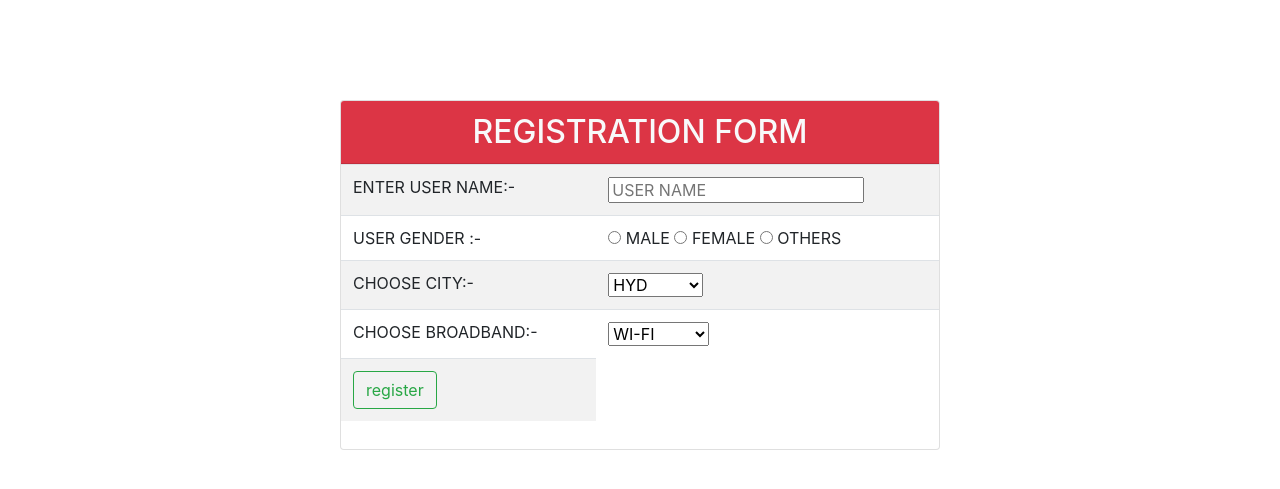
Repository: REDDI-BHARGAV/project
Page: http://localhost/PROJECT/
An editor plug-in stored every save of this project. The page is shown before and after the next save, followed by the edit.
The browser window is 1280 px wide. The pictures show the whole page.
The page is served by Tomcat 9.

Above is the page before, as saved 2022-07-26 11:45:59.

After the next save:
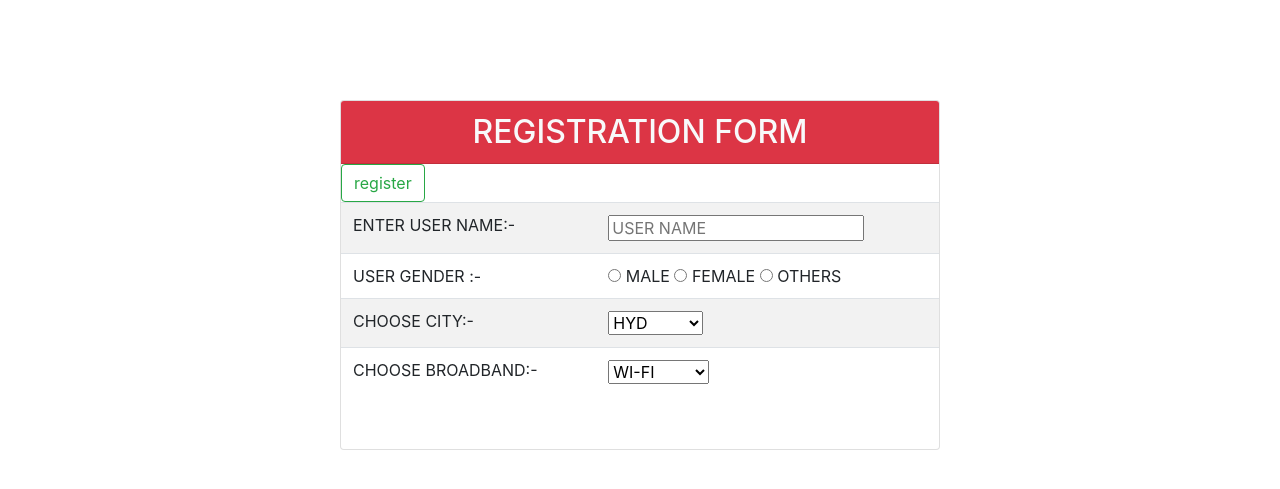
Saved 54 s later.
--- a/PROJECT/src/main/webapp/index.jsp
+++ b/PROJECT/src/main/webapp/index.jsp
@@ -54,7 +54,7 @@
 				</tr>
 
 				<tr>
-					<td ><input type="submit" value="register" class=" btn btn-outline-success"></td>
+					<input type="submit" value="register" class=" btn btn-outline-success">
 				</tr>
 
 			</table>

After the save that followed:
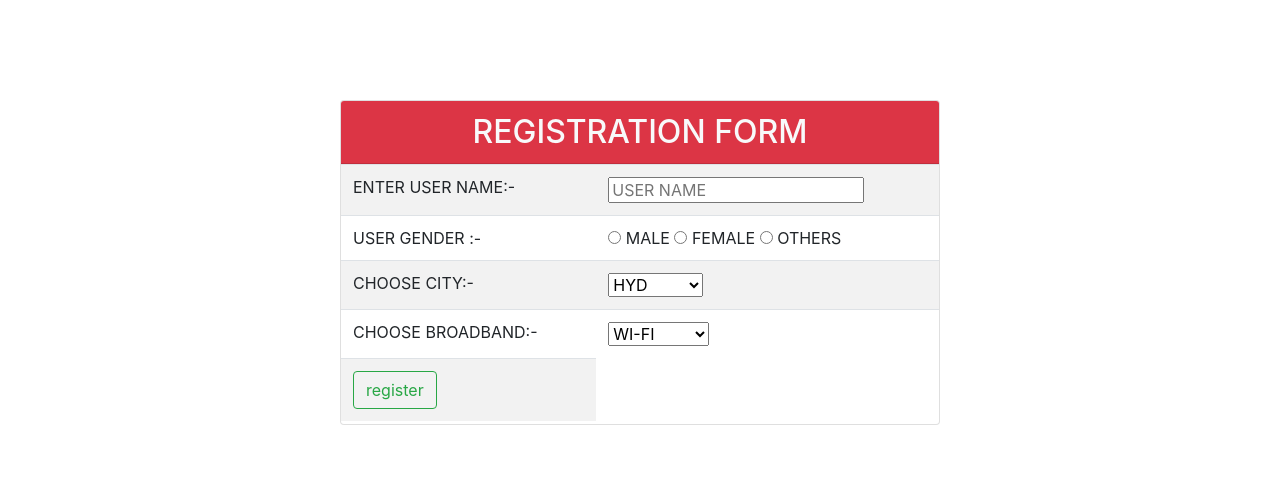
Saved 39 s later.
--- a/PROJECT/src/main/webapp/index.jsp
+++ b/PROJECT/src/main/webapp/index.jsp
@@ -6,7 +6,7 @@
 <title>CGI</title>
 <style>
 #div {
-	height: 350px;
+	height: 325px;
 	width: 600px;
 	margin: auto;
 	margin-top: 100px;
@@ -54,7 +54,7 @@
 				</tr>
 
 				<tr>
-					<input type="submit" value="register" class=" btn btn-outline-success">
+					<td><input type="submit" value="register" class=" btn btn-outline-success"></td>
 				</tr>
 
 			</table>
